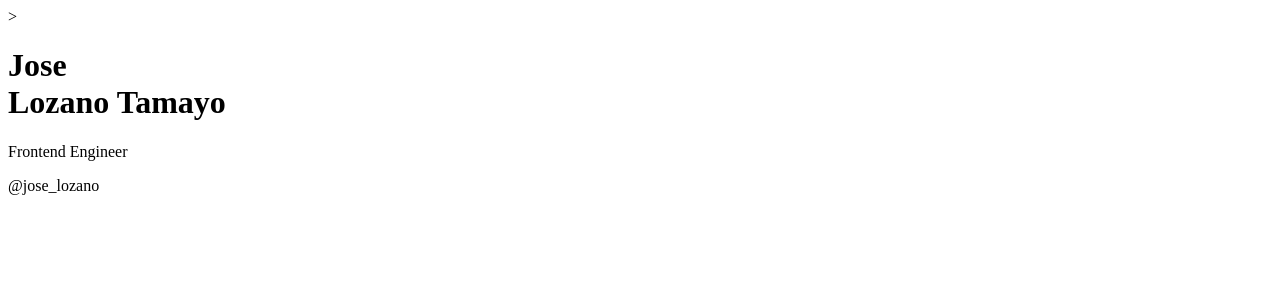
Repository: joseLozanoTamayo/project-react
Page: /badges/new (app in platzi-badges/)
An editor plug-in stored every save of this project. The page is shown before and after the next save, followed by the edit.
The browser window is 1280 px wide. The pictures show the whole page.
The project was rebuilt for these pictures with package versions that can differ from the ones it lists, and the page was loaded fresh each time.

Above is the page before, as saved 2019-05-22 21:51:10.

After the next save:
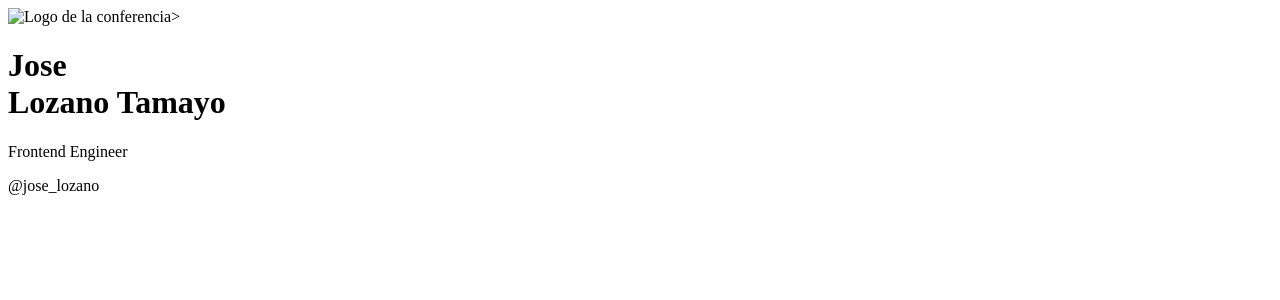
Saved 14 s later.
--- a/platzi-badges/src/components/Badge.js
+++ b/platzi-badges/src/components/Badge.js
@@ -42,7 +42,7 @@
     return (
       <div>
         <div>
-          <img src="" alt="" />>
+          <img src="" alt="Logo de la conferencia" />>
         </div>
         <div>
           <h1>
